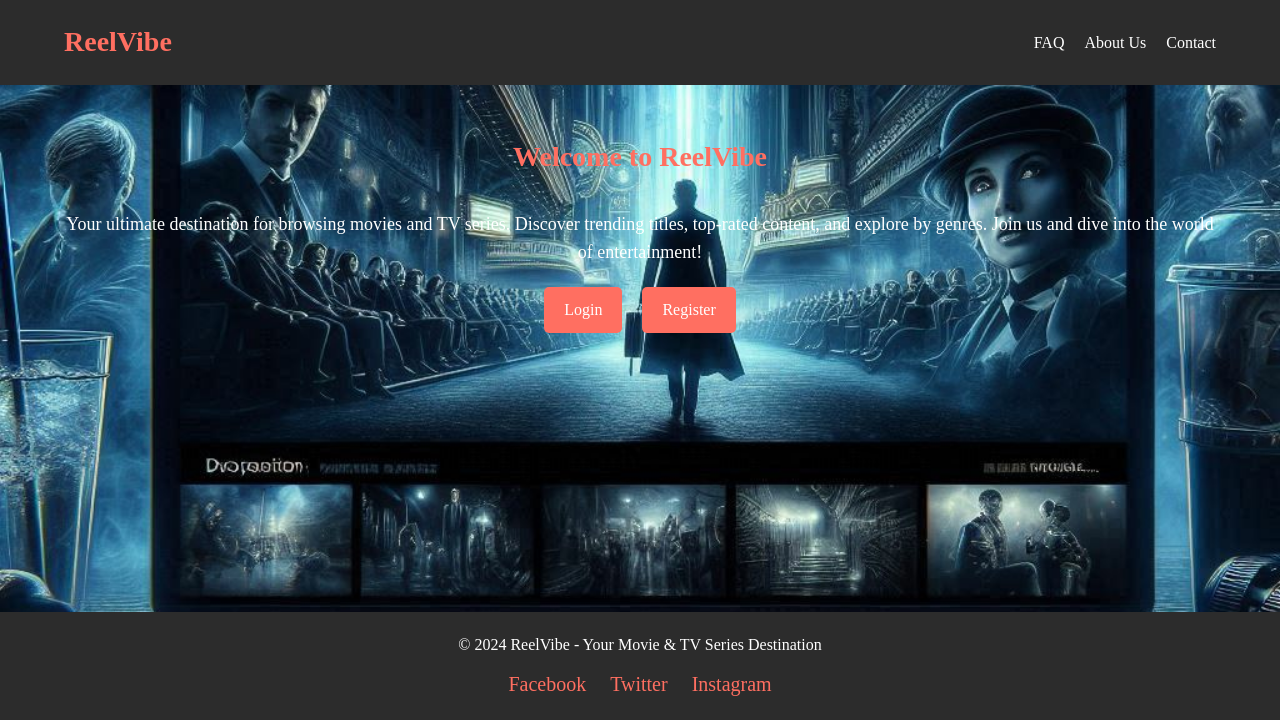
Repository: Szachii/Online-Movie-and-TV-series-browsing-system
Page: http://localhost/movie/welcome.jsp
The author's editor kept a copy of each file at every save. The page is drawn from the files as they stood at one save, then again after the next save.
The browser window is 1280 px wide. The pictures show the whole page.
The page is served by Tomcat 9. Other server files are loaded and not shown.

Above is the page before, as saved 2024-10-15 05:38:51.

### movie/src/main/webapp/welcome.jsp
<%@ page language="java" contentType="text/html; charset=UTF-8"
    pageEncoding="UTF-8"%>


<!DOCTYPE html>
<html lang="en">
<head>
    <meta charset="UTF-8">
    <meta name="viewport" content="width=device-width, initial-scale=1.0">
    <title>Welcome to ReelVibe</title>
    <style>
        * {
            margin: 0;
            padding: 0;
            box-sizing: border-box;
        }
        body {
        	back
            font-family: Arial, sans-serif;
            background-color: #1c1c1c;
            color: #fff;
            line-height: 1.6;
            display: flex;
            flex-direction: column;
            min-height: 100vh;
        }
        .welcome_nav {
            display: flex;
            justify-content: space-between;
            align-items: center;
            padding: 20px 5%;
            background-color: #2c2c2c;
        }
        .welcome_nav h1 {
            font-size: 28px;
            color: #ff6f61;
        }
        .welcome_nav_list {
            list-style: none;
            display: flex;
        }
        .welcome_nav_list li {
            margin-left: 20px;
        }
        .welcome_nav_list a {
            color: #fff;
            text-decoration: none;
            font-size: 16px;
        }
        .welcome_nav_list a:hover {
            color: #ff6f61;
        }
        .welcome_content {
        	background: url('image/bc4.jpg') no-repeat center center/cover;
            padding: 50px 5%;
            background-color: #121212;
            text-align: center;
            flex: 1;
        }
        .welcome_content h2 {
            margin-bottom: 30px;
            font-size: 28px;
            color: #ff6f61;
        }
        .welcome_content p {
            font-size: 18px;
            margin-bottom: 20px;
        }
        .welcome_buttons {
            display: flex;
            justify-content: center;
            gap: 20px;
        }
        .welcome_buttons a {
            background-color: #ff6f61;
            color: #fff;
            padding: 10px 20px;
            text-decoration: none;
            border-radius: 5px;
            transition: background-color 0.3s ease-in-out;
        }
        .welcome_buttons a:hover {
            background-color: #e65c50;
        }
        footer {
            background-color: #2c2c2c;
            text-align: center;
            padding: 20px 0;
            color: #fff;
            margin-top: auto;
        }
        .social_links {
            margin-top: 10px;
        }
        .social_links a {
            color: #ff6f61;
            margin: 0 10px;
            text-decoration: none;
            font-size: 20px;
        }
    </style>
</head>
<body>
    <nav class="welcome_nav">
        <h1>ReelVibe</h1>
        <ul class="welcome_nav_list">
            <li><a href="faq.jsp">FAQ</a></li>
            <li><a href="about.jsp">About Us</a></li>
            <li><a href="contact.jsp">Contact</a></li>
        </ul>
    </nav>
    <div class="welcome_content">
        <h2>Welcome to ReelVibe</h2>
        <p>Your ultimate destination for browsing movies and TV series. Discover trending titles, top-rated content, and explore by genres. Join us and dive into the world of entertainment!</p>
        <div class="welcome_buttons">
            <a href="login.jsp">Login</a>
            <a href="register.jsp">Register</a>
        </div>
    </div>
    <footer>
        <p>© 2024 ReelVibe - Your Movie & TV Series Destination</p>
        <div class="social_links">
            <a href="https://www.facebook.com" target="_blank">Facebook</a>
            <a href="https://www.twitter.com" target="_blank">Twitter</a>
            <a href="https://www.instagram.com" target="_blank">Instagram</a>
        </div>
    </footer>
</body>
</html>

After the next save:
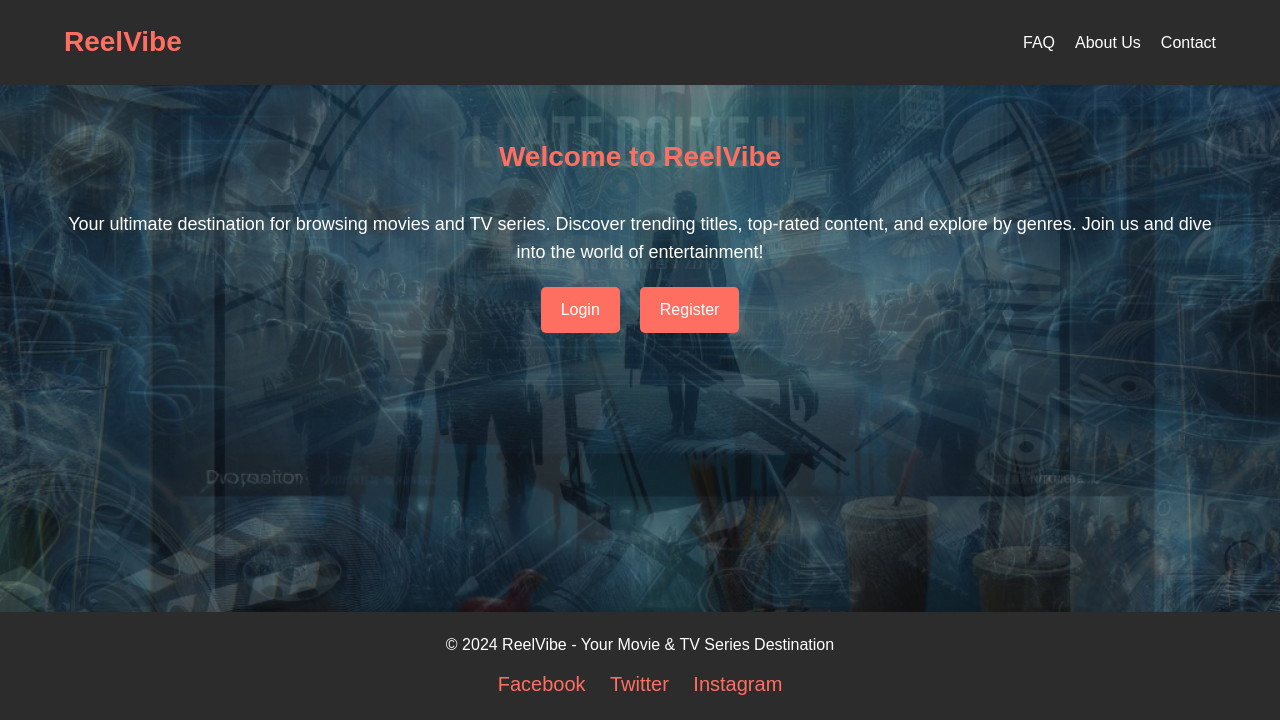
Saved 38 min 53 s later.
--- a/movie/src/main/webapp/welcome.jsp
+++ b/movie/src/main/webapp/welcome.jsp
@@ -1,6 +1,5 @@
 <%@ page language="java" contentType="text/html; charset=UTF-8"
     pageEncoding="UTF-8"%>
-
 
 <!DOCTYPE html>
 <html lang="en">
@@ -15,7 +14,6 @@
             box-sizing: border-box;
         }
         body {
-        	back
             font-family: Arial, sans-serif;
             background-color: #1c1c1c;
             color: #fff;
@@ -30,6 +28,7 @@
             align-items: center;
             padding: 20px 5%;
             background-color: #2c2c2c;
+            z-index: 2;
         }
         .welcome_nav h1 {
             font-size: 28px;
@@ -50,10 +49,38 @@
         .welcome_nav_list a:hover {
             color: #ff6f61;
         }
+        /* Slideshow container */
+        .slideshow-container {
+            position: fixed;
+            top: 0;
+            left: 0;
+            width: 100%;
+            height: 100%;
+            z-index: 1;
+            overflow: hidden;
+        }
+        /* Slideshow images */
+        .mySlides {
+            width: 100%;
+            height: 100%;
+            position: absolute;
+            background-size: cover;
+            background-position: center;
+            opacity: 0.3; /* Reduced opacity */
+            animation: fade 8s infinite;
+        }
+        /* Animation for slideshow fade */
+        @keyframes fade {
+            0% {opacity: 0;}
+            25% {opacity: 0.5;}
+            50% {opacity: 0.3;}
+            100% {opacity: 0;}
+        }
+        /* Welcome content */
         .welcome_content {
-        	background: url('image/bc4.jpg') no-repeat center center/cover;
+            position: relative;
+            z-index: 2;
             padding: 50px 5%;
-            background-color: #121212;
             text-align: center;
             flex: 1;
         }
@@ -82,12 +109,14 @@
         .welcome_buttons a:hover {
             background-color: #e65c50;
         }
+        /* Footer */
         footer {
             background-color: #2c2c2c;
             text-align: center;
             padding: 20px 0;
             color: #fff;
             margin-top: auto;
+            z-index: 2;
         }
         .social_links {
             margin-top: 10px;
@@ -101,6 +130,15 @@
     </style>
 </head>
 <body>
+    <!-- Slideshow background -->
+    <div class="slideshow-container">
+        <div class="mySlides" style="background-image: url('image/bc1.jpg');"></div>
+        <div class="mySlides" style="background-image: url('image/bc2.jpg');"></div>
+        <div class="mySlides" style="background-image: url('image/bc3.jpg');"></div>
+        <div class="mySlides" style="background-image: url('image/bc4.jpg');"></div>
+    </div>
+
+    <!-- Navigation bar -->
     <nav class="welcome_nav">
         <h1>ReelVibe</h1>
         <ul class="welcome_nav_list">
@@ -109,6 +147,8 @@
             <li><a href="contact.jsp">Contact</a></li>
         </ul>
     </nav>
+
+    <!-- Welcome content -->
     <div class="welcome_content">
         <h2>Welcome to ReelVibe</h2>
         <p>Your ultimate destination for browsing movies and TV series. Discover trending titles, top-rated content, and explore by genres. Join us and dive into the world of entertainment!</p>
@@ -117,6 +157,8 @@
             <a href="register.jsp">Register</a>
         </div>
     </div>
+
+    <!-- Footer -->
     <footer>
         <p>© 2024 ReelVibe - Your Movie & TV Series Destination</p>
         <div class="social_links">
@@ -125,5 +167,23 @@
             <a href="https://www.instagram.com" target="_blank">Instagram</a>
         </div>
     </footer>
+
+    <!-- JavaScript for slideshow -->
+    <script>
+        let slideIndex = 0;
+        let slides = document.getElementsByClassName("mySlides");
+
+        function showSlides() {
+            for (let i = 0; i < slides.length; i++) {
+                slides[i].style.opacity = "0"; // Hide all slides
+            }
+            slideIndex++;
+            if (slideIndex > slides.length) { slideIndex = 1; }
+            slides[slideIndex - 1].style.opacity = "0.3"; // Show current slide
+            setTimeout(showSlides, 8000); // Change image every 8 seconds
+        }
+
+        showSlides(); // Start slideshow
+    </script>
 </body>
 </html>
